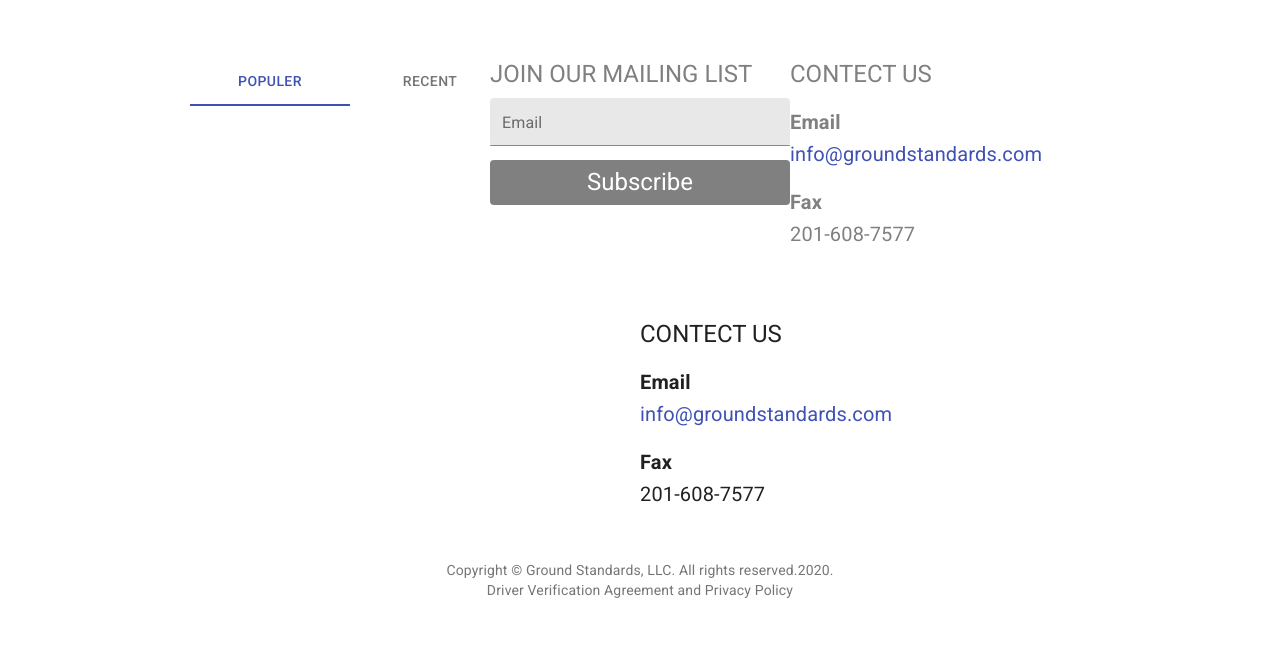
Repository: vinuvish/groundstandards_react
Page: /
An editor plug-in stored every save of this project. The page is shown before and after a run of saves, followed by the edit.
The browser window is 1280 px wide. The pictures show the part of the page from y = 3920 to 4568 px (the page is 4568 px tall before and 4376 px after).
The page's requests for data from a server got no answer. The project was rebuilt for these pictures with package versions that can differ from the ones it lists, and the page was loaded fresh each time. No one was signed in, and anything a server would have sent is missing. Also part of the build but not shown: src/pages/app/NotFoundPage.tsx, src/pages/app/SignUpPage.tsx, src/pages/app/AboutPage.tsx, src/pages/app/OurSolutionPage.tsx, src/pages/app/OurPartnerPage.tsx, src/pages/app/ResourcePage.tsx, src/pages/app/PressPage.tsx, src/pages/app/BlockPage.tsx and 1 more. Imported but missing from the stored project, and not drawn on this page: src/assets/video/video-2.mp4.

Above is the page before, as saved 2020-11-28 12:09:32.

### public/index.html
<!DOCTYPE html>
<html lang="en">
  <head>
    <meta charset="utf-8" />
    <link rel="icon" href="%PUBLIC_URL%/favicon.png" />
    <meta name="viewport" content="width=device-width, initial-scale=1" />
    <meta name="theme-color" content="#000000" />
    <meta name="description" content="Web site created using create-react-app" />
    <link rel="apple-touch-icon" href="%PUBLIC_URL%/logo192.png" />
    <link rel="stylesheet" href="https://fonts.googleapis.com/css?family=Roboto:300,400,500,700&display=swap" />
    <link rel="stylesheet" href="https://fonts.googleapis.com/icon?family=Material+Icons" />
    <!--
      manifest.json provides metadata used when your web app is installed on a
      user's mobile device or desktop. See https://developers.google.com/web/fundamentals/web-app-manifest/
    -->
    <link rel="manifest" href="%PUBLIC_URL%/manifest.json" />
    <!--
      Notice the use of %PUBLIC_URL% in the tags above.
      It will be replaced with the URL of the `public` folder during the build.
      Only files inside the `public` folder can be referenced from the HTML.

      Unlike "/favicon.ico" or "favicon.ico", "%PUBLIC_URL%/favicon.ico" will
      work correctly both with client-side routing and a non-root public URL.
      Learn how to configure a non-root public URL by running `npm run build`.
    -->
    <title>Ground Standard</title>
  </head>
  <body>
    <noscript>You need to enable JavaScript to run this app.</noscript>
    <div id="root"></div>
    <!--
      This HTML file is a template.
      If you open it directly in the browser, you will see an empty page.

      You can add webfonts, meta tags, or analytics to this file.
      The build step will place the bundled scripts into the <body> tag.

      To begin the development, run `npm start` or `yarn start`.
      To create a production bundle, use `npm run build` or `yarn build`.
    -->
  </body>
</html>

### src/App.tsx
import { CssBaseline, MuiThemeProvider, StylesProvider } from '@material-ui/core';
import { SnackbarProvider } from 'notistack';
import React from 'react';
import { theme } from './app_utils/MuiTheme';
import AppRouterRoutes from './AppRoutes';
import { useAppStore } from './models_stores/appStore';

function App() {
  const streamAuthUser = useAppStore((state) => state.streamAuthUser);
  const streamProducts = useAppStore((state) => state.streamDocuments);
  const streamCategories = useAppStore((state) => state.streamNotifications);
  const streamUsers = useAppStore((state) => state.streamUsers);

  React.useEffect(() => {
    streamAuthUser();
    streamCategories();
    streamUsers();
    streamProducts();
  }, []); // eslint-disable-line

  return (
    <SnackbarProvider maxSnack={3} anchorOrigin={{ vertical: 'bottom', horizontal: 'right' }}>
      <MuiThemeProvider theme={theme}>
        <CssBaseline />
        <StylesProvider injectFirst>
          <AppRouterRoutes></AppRouterRoutes>
        </StylesProvider>
      </MuiThemeProvider>
    </SnackbarProvider>
  );
}

export default App;

### src/app_utils/MuiTheme.tsx
import { createMuiTheme } from '@material-ui/core/styles';
import { BreakpointOverrides } from '@material-ui/core/styles/createBreakpoints';
import { Shadows } from '@material-ui/core/styles/shadows';

declare module '@material-ui/core/styles/createBreakpoints' {
  interface BreakpointOverrides {
    xs: true;
    sm: true;
    md: true;
    lg: true;
    xl: true;
    tablet: true;
    laptop: true;
    desktop: true;
  }
}

export const theme = createMuiTheme({
  breakpoints: {
    values: { xs: 0, sm: 600, md: 960, lg: 1280, xl: 1920, tablet: 400, laptop: 900, desktop: 1200 }
  },

  shadows: Array(25).fill('none') as Shadows,

  props: {
    MuiInput: { disableUnderline: true },
    MuiButton: { disableElevation: true },
    MuiButtonBase: { disableRipple: true },
    MuiPaper: { elevation: 0 },
    MuiCard: { elevation: 0 },
    MuiDivider: { color: 'white' },
    MuiOutlinedInput: {}
  },
  overrides: {
    MuiPaper: {
      root: {
        elevation: 0
      }
    },
    MuiCard: {
      root: {
        elevation: 0
      }
    },
    MuiButton: {
      root: {
        textTransform: 'capitalize'
      }
    }
  },
  palette: {
    background: {
      default: '#F2F5F7'
    }
  }
});

export const breakpoint = {
  xs: `(min-width: 0px)`,
  sm: `(min-width: 576px)`,
  md: `(min-width: 768px)`,
  lg: `(min-width: 992px)`,
  xl: `(min-width: 1200px)`
};

### src/AppRoutes.tsx
import { Container, createStyles, Grid, makeStyles, Theme } from '@material-ui/core';
import React from 'react';
import { Route, Router, Switch } from 'react-router-dom';
import ZAppBar from './components/ZAppBar';
import ZAppBarDrawer from './components/ZAppBarDrawer';
import NotFoundPage from './pages/app/NotFoundPage';
import SignUpPage from './pages/app/SignUpPage';
import history from './app_utils/History';
import AboutPage from './pages/app/AboutPage';
import OurSolutionPage from './pages/app/OurSolutionPage';
import OurPartnerPage from './pages/app/OurPartnerPage';
import ResourcePage from './pages/app/ResourcePage';
import PressPage from './pages/app/PressPage';
import BlockPage from './pages/app/BlockPage';
import ContactPage from './pages/app/ContactPage';
import AppHomePage from './pages/app/AppHomePage';
import ZNavBar from './components/ZNavBar';

const AppRouterRoutes = () => {
  const classes = useStyles();

  return (
    <Router history={history}>

      <ZNavBar />
      <Switch>{[AppRoutes]}</Switch>
    </Router>


  );
};


const AppRoutes = [
  <Route exact path='/' component={AppHomePage} />,
  <Route exact path='/aboutUs' component={AboutPage} />,
  <Route exact path='/signUp' component={SignUpPage} />,
  <Route exact path='/ourSolution' component={OurSolutionPage} />,
  <Route exact path='/ourPartner' component={OurPartnerPage} />,
  <Route exact path='/resource' component={ResourcePage} />,
  <Route exact path='/press' component={PressPage} />,
  <Route exact path='/blog' component={BlockPage} />,
  <Route exact path='/contact' component={ContactPage} />,
  <Route component={NotFoundPage} />
];

const useStyles = makeStyles((theme: Theme) =>
  createStyles({
    grid: {
      display: 'flex'
    },
    containerAuthenticated: {
      margin: 'auto',
      marginTop: 68,
      padding: 20,
      width: `calc(100% - 240px)`,
      [theme.breakpoints.down('md')]: {
        width: '100%'
      }
    },
    containerUnauthenticated: {}
  })
);

export default AppRouterRoutes;

### src/app_utils/History.tsx
import { createBrowserHistory } from 'history';
export default createBrowserHistory({});

### src/pages/app/AppHomePage.tsx

import * as React from 'react';
import { makeStyles, Theme } from '@material-ui/core/styles';
import ZHeroSection from '../../components/ZHeroSection';
import ZCards from '../../components/ZCards';
import ZFooter from '../../components/Zfooter';

interface Props { }

const AppHomePage: React.FC<Props> = () => {
    const classes = useStyles();
    return (
        <>
            <ZHeroSection />
            <ZCards />
            <ZFooter />
        </>
    )
};

const useStyles = makeStyles((theme: Theme) => ({
    root: {}
}));

AppHomePage.defaultProps = {};

export default AppHomePage;

### src/firebase/firebase.tsx
import firebase from 'firebase/app';
import 'firebase/firestore';
import 'firebase/auth';
import 'firebase/storage';

const firebaseConfig = {
  apiKey: 'AIzaSyBWf1JYtcld5rEhou2YyANxAtl20AylP80',
  authDomain: 'groundstandards-8a1dd.firebaseapp.com',
  databaseURL: 'https://groundstandards-8a1dd.firebaseio.com',
  projectId: 'groundstandards-8a1dd',
  storageBucket: 'groundstandards-8a1dd.appspot.com',
  messagingSenderId: '137110708999',
  appId: '1:137110708999:web:ab0b42be7878425a805ba2',
  measurementId: 'G-V8H0LZB9DH'
};

if (!firebase.apps.length) firebase.initializeApp(firebaseConfig);

const firestore = firebase.firestore();
const auth = firebase.auth();

export { firebase as fireFirebase, firestore as fireFirestore, auth as fireAuth };

### src/models/AuthUserModel.ts
export class AuthUser implements IAuthUser {
  email: string;
  firstName: string;
  id: string;
  lastName: string;
  isActive: boolean;
  isAdmin: boolean;
  timestampAdded: Date;
  timestampLastLogin: Date;

  constructor(x: IAuthUser) {
    this.email = x.email;
    this.firstName = x.firstName;
    this.id = x.id;
    this.lastName = x.lastName;
    this.isActive = x.isActive;
    this.isAdmin = x.isAdmin;
    this.timestampAdded = x.timestampAdded;
    this.timestampLastLogin = x.timestampLastLogin;
  }

  static fromFirestore(doc: firebase.firestore.DocumentSnapshot<firebase.firestore.DocumentData>): AuthUser | null {
    const data = doc.data();
    if (!data) return null;

    return new AuthUser({
      email: data['email'] ?? '',
      firstName: data['firstName'] ?? '',
      id: doc.id,
      lastName: data['lastName'] ?? '',
      isActive: data['isActive'] ?? true,
      isAdmin: data['isAdmin'] ?? false,
      timestampAdded: data['timestampAdded']?.toDate() ?? new Date(),
      timestampLastLogin: data['timestampLastLogin']?.toDate() ?? new Date()
    });
  }

  getFullName(): string {
    return `${this.firstName} ${this.lastName}`;
  }
}

interface IAuthUser {
  email: string;
  firstName: string;
  id: string;
  lastName: string;
  isActive: boolean;
  isAdmin: boolean;
  timestampAdded: Date;
  timestampLastLogin: Date;
}
export interface IAuthUserRegister {
  email: string;
  firstName: string;
  lastName: string;
  password: string;
  isAdmin: boolean;
}

export interface IAuthUserUpdate {
  id: string;
  firstName: string;
  lastName: string;
  isActive: boolean;
  isAdmin: boolean;
}

### src/models/NotificationModel.ts
export class NotificationModel implements IEventModel {
  body: string;
  title: string;
  linkUrl: string;
  id: string;
  timestampAdded: Date;

  constructor(x: IEventModel) {
    {
      this.id = x.id;
      this.linkUrl = x.linkUrl;
      this.body = x.body;
      this.timestampAdded = x.timestampAdded;
      this.title = x.title;
    }
  }

  static fromFirestore(doc: firebase.firestore.DocumentSnapshot<firebase.firestore.DocumentData>): NotificationModel | null {
    const data = doc.data();
    if (!data) return null;
    return new NotificationModel({
      body: data['body'] ?? '',
      id: doc.id,
      linkUrl: data['linkUrl'] ?? '',
      timestampAdded: data['timestampAdded']?.toDate() ?? Date.now(),
      title: data['title'] ?? ''
    });
  }
}

interface IEventModel {
  body: string;
  title: string;
  linkUrl: string;
  id: string;
  timestampAdded: Date;
}

### src/components/ZHeroSection.tsx
import { createStyles, makeStyles, Theme } from '@material-ui/core';
import React from 'react';
function ZHeroSection() {
  const classes = useStyles();

  return (
    <div className={classes.heroContainer}>
      <video className={classes.video} src={require('../assets/video/video-2.mp4')} autoPlay loop muted />
      <h1>RIDE WITH CONFIDENCE </h1>
      <p>Delivering Certification and Audit Standards
to the Ground Transportation Industry</p>

    </div >
  );
}

export default ZHeroSection;

const useStyles = makeStyles((theme: Theme) =>
  createStyles({
    video: {
      objectFit: 'cover',
      width: '100vw',
      height: '100%',
      position: 'fixed',
      zIndex: -'1'
    },
    heroContainer: {
      width: '100vw',
      height: '100vh',
      display: 'flex',
      flexDirection: 'column',
      justifyContent: 'center',
      alignItems: 'center',
      boxShadow: 'inset 0 0 0 1000px rgba(0, 0, 0, 0.2)',
      objectFit: 'contain',
      fontSize: '30px',
      color: 'white'

    },

  })
);

### src/components/Zfooter.tsx
import { Tabs, Tab, Box, Container, Grid, Link, makeStyles, Typography, Button } from '@material-ui/core';
import { useSnackbar } from 'notistack';
import React from 'react';
import { useForm } from 'react-hook-form';
import ZTextFormField from './ZTextFromField';

export default function ZFooter() {
    const classes = useStyles();
    const [value, setValue] = React.useState(0);
    const { handleSubmit, errors, control, getValues } = useForm<FormData>({ mode: 'onSubmit', reValidateMode: 'onChange' });
    const { enqueueSnackbar } = useSnackbar();
    const handleChange = (event: React.ChangeEvent<{}>, newValue: number) => {
        setValue(newValue);
    };

    const handleChangeIndex = (index: number) => {
        setValue(index);
    };
    type FormData = {
        email: string;
    };

    const onSubmit = handleSubmit(async (data: FormData) => {
        console.log('from', data);
        try {

            enqueueSnackbar('Email sent');
        } catch (error) {
            console.log(error);
            enqueueSnackbar(error.message);
        }
    });
    function a11yProps(index: any) {
        return {
            id: `full-width-tab-${index}`,
            'aria-controls': `full-width-tabpanel-${index}`,
        };
    }
    return (
        <footer className={classes.footer}>
            {/* <Container maxWidth="lg"> */}
            <Grid container direction='row' className={classes.grid} >
                <Grid item xs={12}>
                    <Grid container justify="center" spacing={10}>
                        <div className={classes.tab}>
                            <Tabs value={value}
                                onChange={handleChange}
                                indicatorColor="primary"
                                textColor="primary"
                                variant="fullWidth"
                                aria-label="full width tabs example">
                                <Tab label="Populer" {...a11yProps(0)} />
                                <Tab label="Recent" {...a11yProps(1)} />
                            </Tabs>

                        </div>
                        <div className={classes.tab}>
                            <Typography variant='h5'>
                                JOIN OUR MAILING LIST
                       </Typography>
                            <ZTextFormField
                                variant='filled'
                                defaultValue={getValues().email}
                                error={errors.email}
                                rules={{ required: 'Invalid email address', pattern: { value: /^[A-Z0-9._%+-]+@[A-Z0-9.-]+\.[A-Z]{2,}$/i, message: 'Invalid email address' } }}
                                label='Email'
                                name='email'
                                control={control}
                            />
                            <Button type='submit' className={classes.submitButton} onClick={onSubmit} fullWidth variant='contained' color='primary' size='large'>
                                <Typography variant='h5' >
                                    Subscribe
                       </Typography>
                            </Button>
                        </div>
                        <div className={classes.tab}>
                            <Typography variant='h5' >
                                CONTECT US
                       </Typography>
                            <Typography variant='h6' >
                                <Box fontWeight={900} paddingTop={2}>
                                    Email</Box>
                            </Typography>
                            <Link href="#" >
                                <Typography variant='h6' >
                                    <Box fontWeight={400} >
                                        info@groundstandards.com

                                </Box>
                                </Typography>
                            </Link>
                            <Typography variant='h6' >
                                <Box fontWeight={900} paddingTop={2}>
                                    Fax</Box>
                            </Typography>

                            <Typography variant='h6' >
                                <Box fontWeight={400} >
                                    201-608-7577
                                </Box>
                            </Typography>
                        </div>
                    </Grid>
                </Grid>


                <Grid item xs={4}>

                </Grid>
                <Grid item xs={4}>
                    <Typography variant='h5' >
                        CONTECT US
                       </Typography>
                    <Typography variant='h6' >
                        <Box fontWeight={900} paddingTop={2}>
                            Email</Box>
                    </Typography>
                    <Link href="#" >
                        <Typography variant='h6' >
                            <Box fontWeight={400} >
                                info@groundstandards.com

                                </Box>
                        </Typography>
                    </Link>
                    <Typography variant='h6' >
                        <Box fontWeight={900} paddingTop={2}>
                            Fax</Box>
                    </Typography>

                    <Typography variant='h6' >
                        <Box fontWeight={400} >
                            201-608-7577
                                </Box>
                    </Typography>

                </Grid>
            </Grid>


            <Typography variant="body2" color="textSecondary" align="center">
                {'Copyright © '}
                <Link color="inherit" href="https://material-ui.com/">
                    Ground Standards, LLC. All rights reserved.
                    </Link>
                {new Date().getFullYear()}
                {'.'}
            </Typography>
            <Typography variant="body2" color="textSecondary" align="center">
                Driver Verification Agreement and Privacy Policy
                </Typography>
            {/* </Container> */}
        </footer >

    );

}
const useStyles = makeStyles((theme) => ({
    footer: {
        backgroundColor: theme.palette.background.paper,
        padding: theme.spacing(6, 0),
        flex: 1,
        justifyContent: 'center',
        alignItems: 'center',
        position: 'relative',
        width: '100vW'
    },
    tab: {
        backgroundColor: theme.palette.background.paper,
        color: 'grey',
        width: 300,
        height: 300,
        border: '2px',
        variant: "scrollable"
    }, submitButton: {
        height: '45px',
        background: 'grey',
        margin: '10px 0px'
    }, grid: {
        padding: '50px',
        justifyContent: 'center',
        alignItems: 'center',
    },
}));

### src/components/ZCardItem.tsx
import { Box, createStyles, makeStyles, Theme } from '@material-ui/core';
import Button from '@material-ui/core/Button';
import Card from '@material-ui/core/Card';
import CardActions from '@material-ui/core/CardActions';
import CardContent from '@material-ui/core/CardContent';
import Typography from '@material-ui/core/Typography';


import React from 'react';


interface Props {
    title: string,
    body: string,
    path: string,
    height?: string;
}


const ZCardItem: React.FC<Props> = ({ title, body, path, height }) => {
    const classes = useStyles();
    return (
        <Box border={1} color="white" borderRadius={0}>
            <Card className={classes.card} variant="outlined"  >
                <CardContent>
                    <Typography className={classes.title} color="textSecondary" gutterBottom>
                        {title}
                    </Typography>

                    <Typography className={classes.body} color="textSecondary">
                        {body}
                    </Typography>

                </CardContent>
                <CardActions className={classes.button}>
                    <Button size="large" variant='contained' color='primary' >Learn More</Button>
                </CardActions>
            </Card>
        </Box>
    );
}
ZCardItem.defaultProps = {};

export default ZCardItem;

const useStyles = makeStyles((theme: Theme) =>
    createStyles({

        card: {
            minWidth: 275,
            minHeight: 200,
            width: '350px',
            paddingTop: '20px',
            background: 'black'

        },

        title: {
            fontSize: 25,
            textAlign: 'center',
            fontWeight: 900,
            color: 'white'
        },
        body: {
            marginBottom: 5,
            marginTop: '20px',
            padding: 10,
            fontSize: 16,
            color: '#A8A8A8',
            fontWeight: 300,
            letterSpacing: 1
        },
        button: { justifyContent: 'center', marginBottom: 20, }
    })

);

### src/components/ZTextFromField.tsx
import * as React from 'react';
import { makeStyles, TextField, Theme } from '@material-ui/core';
import { Controller, FieldError, Control } from 'react-hook-form';

interface Props {
  label: string;
  defaultValue?: string;
  className?: string;
  control: Control;
  error?: FieldError | undefined;
  name: string;
  rules?: any;
  rows?: number;
  type?: string;
  disabled?: boolean;
  variant?: 'standard' | 'filled' | 'outlined' | undefined;
}

const ZTextFormField: React.FC<Props> = ({ label, defaultValue, className, control, name, rules, rows, type, variant, error, disabled }) => {
  const classes = useStyles();
  return (
    <div key={name} className={className}>
      <Controller
        key={name}
        as={
          <TextField
            InputProps={{
              classes: { root: classes.root }
            }}
            disabled={disabled ?? false}
            name={name}
            error={error?.message ? true : false}
            helperText={error?.message ? error.message : undefined}
            fullWidth
            margin='dense'
            multiline={type ? false : true}
            rows={type ? undefined : rows}
            type={type}
            variant={(variant ?? 'outlined') as any}
          />
        }
        rules={rules ?? { required: 'This field is required' }}
        autoComplete='false'
        label={label}
        name={name}
        control={control}
        defaultValue={defaultValue ?? ''}
      />
    </div>
  );
};

const useStyles = makeStyles((theme: Theme) => ({
  root: {
    borderRadius: '4px'
  }
}));

ZTextFormField.defaultProps = {};

export default ZTextFormField;

// rules={register({
//             required: true,
//             pattern: {
//               value: /^[A-Z0-9._%+-]+@[A-Z0-9.-]+\.[A-Z]{2,}$/i,
//               message: 'Invalid email address',
//             },
//           })}

Loaded but not shown: src/index.tsx (common file); src/styles/index.css (common file); src/components/ZCards.tsx (200 lines, source omitted); src/models/DocumentModel.ts (144 lines, source omitted); src/models_stores/appStore.ts (105 lines, source omitted); src/components/ZNavBar.tsx (134 lines, source omitted)

After the next 3 saves:
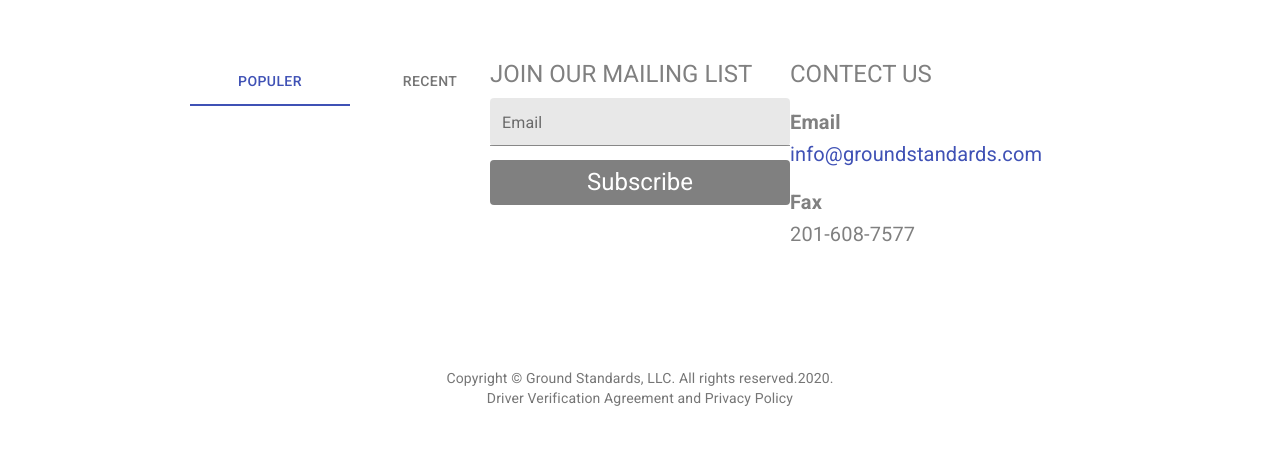
The 3 saves are shown as one change because 1 did not build or start and some came seconds apart.
The last was saved 19 s later.
--- a/src/components/Zfooter.tsx
+++ b/src/components/Zfooter.tsx
@@ -102,39 +102,6 @@ export default function ZFooter() {
                         </div>
                     </Grid>
                 </Grid>
-
-
-                <Grid item xs={4}>
-
-                </Grid>
-                <Grid item xs={4}>
-                    <Typography variant='h5' >
-                        CONTECT US
-                       </Typography>
-                    <Typography variant='h6' >
-                        <Box fontWeight={900} paddingTop={2}>
-                            Email</Box>
-                    </Typography>
-                    <Link href="#" >
-                        <Typography variant='h6' >
-                            <Box fontWeight={400} >
-                                info@groundstandards.com
-
-                                </Box>
-                        </Typography>
-                    </Link>
-                    <Typography variant='h6' >
-                        <Box fontWeight={900} paddingTop={2}>
-                            Fax</Box>
-                    </Typography>
-
-                    <Typography variant='h6' >
-                        <Box fontWeight={400} >
-                            201-608-7577
-                                </Box>
-                    </Typography>
-
-                </Grid>
             </Grid>
 
 
